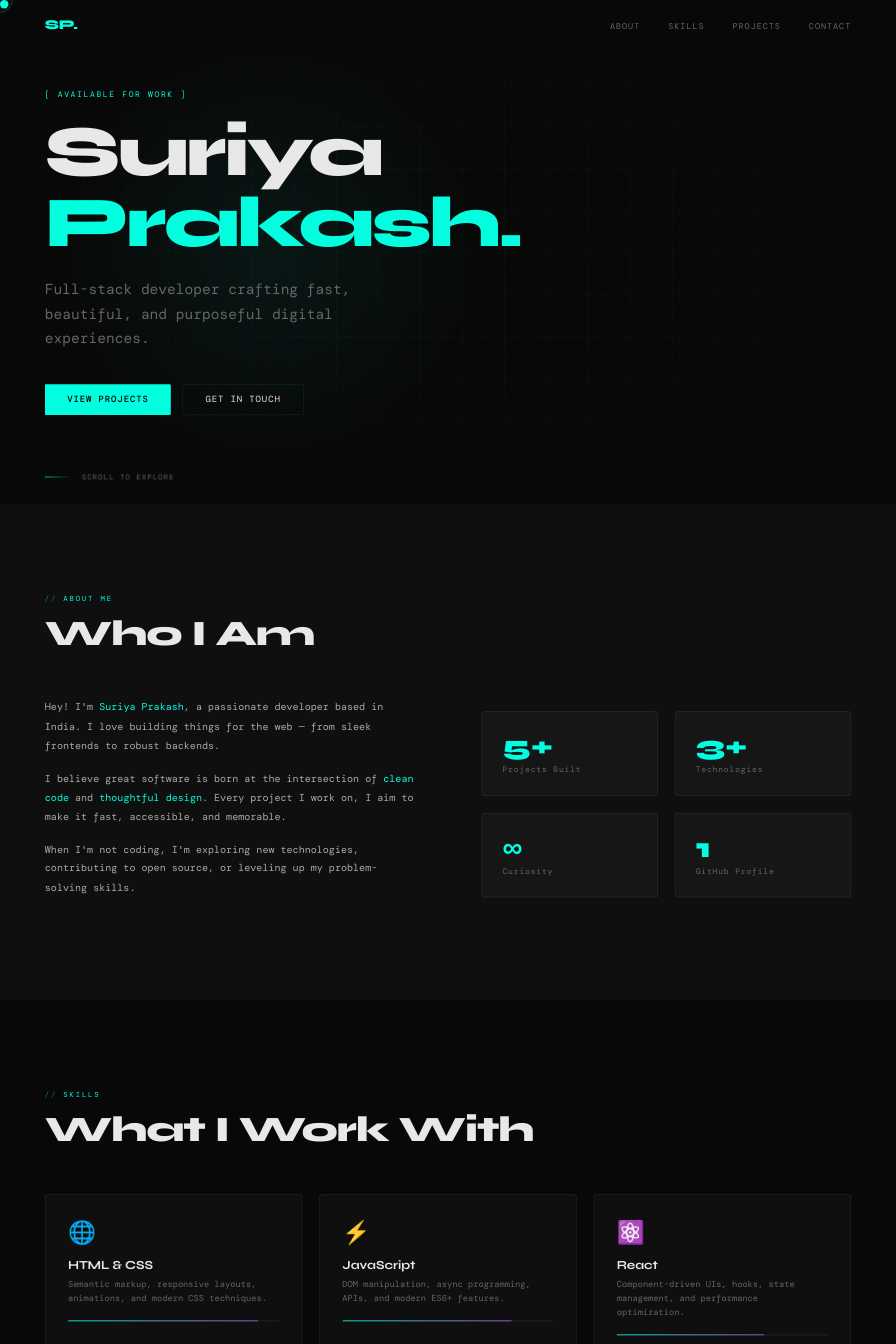
Repository: Suriyaprakash0901/PortoFolio
Page: index.html
An editor plug-in stored every save of this project. The page is shown before and after the next save, followed by the edit.
The browser window is 1280 px wide. The pictures show the part of the page from y = 0 to 1920 px (the page is 4016 px tall), at 70% of full size.
Some web fonts or font styles are not loaded; a fallback is used.

Above is the page before, as saved 2026-03-14 11:24:59.

After the next save:
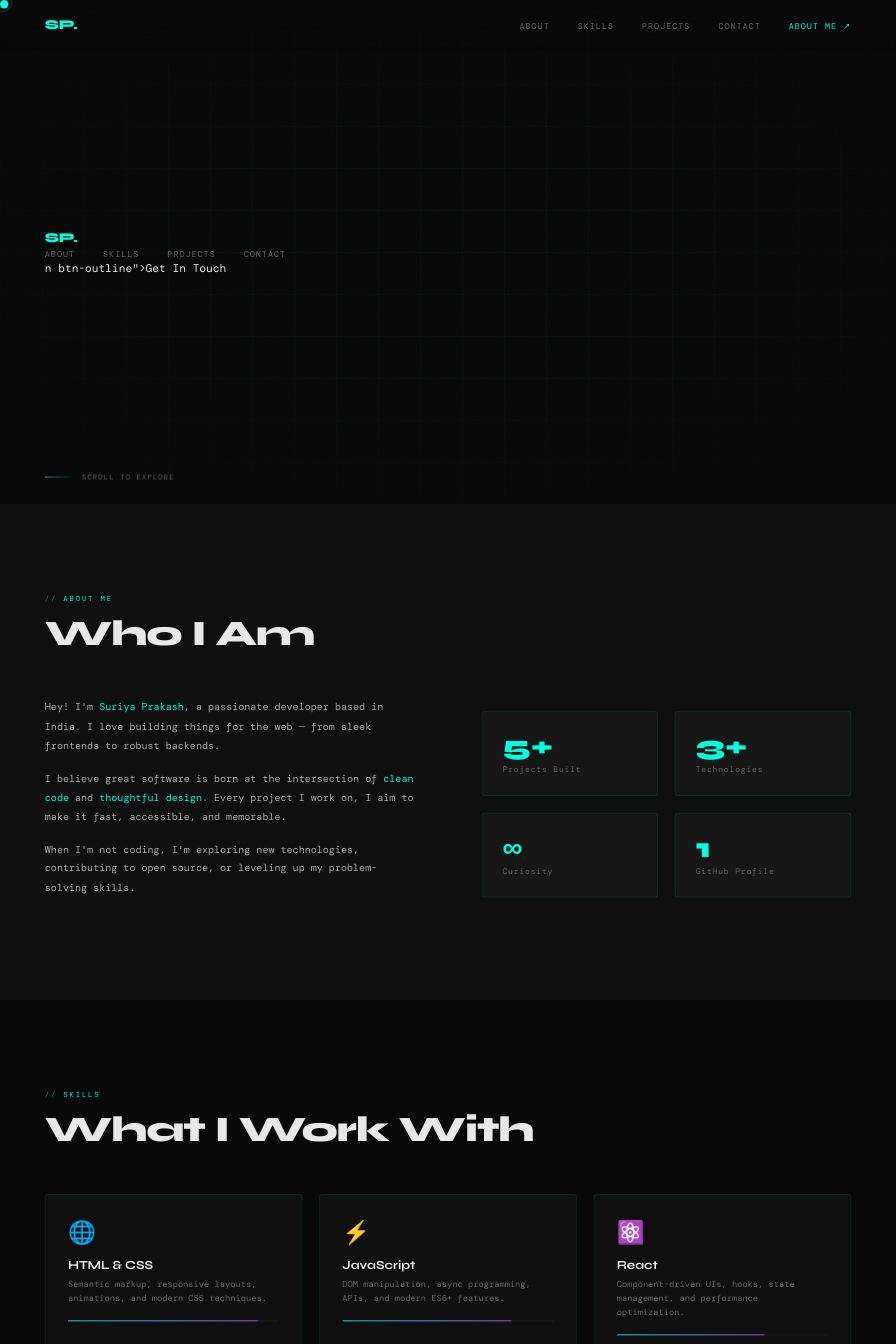
Saved 4 s later.
--- a/index.html
+++ b/index.html
@@ -462,7 +462,20 @@
   <div class="cursor-ring" id="cursorRing"></div>
 
   <!-- NAV -->
-  <nav>
+ <nav>
+  <a href="index.html" class="nav-logo" data-nav>SP.</a>
+  <ul class="nav-links">
+    <li><a href="index.html#about">About</a></li>
+    <li><a href="index.html#skills">Skills</a></li>
+    <li><a href="index.html#projects">Projects</a></li>
+    <li><a href="index.html#contact">Contact</a></li>
+    <li><a href="about.html" style="color: var(--neon);">About Me ↗</a></li>
+  </ul>
+</nav>
+
+  <!-- HERO -->
+  <section id="hero">
+    <div class="hero-grid"></div  <nav>
     <a href="#hero" class="nav-logo">SP.</a>
     <ul class="nav-links">
       <li><a href="#about">About</a></li>
@@ -471,17 +484,7 @@
       <li><a href="#contact">Contact</a></li>
     </ul>
   </nav>
-
-  <!-- HERO -->
-  <section id="hero">
-    <div class="hero-grid"></div>
-    <div class="hero-glow"></div>
-    <p class="hero-tag">Available for work</p>
-    <h1 class="hero-name">Suriya<br/><span class="accent">Prakash.</span></h1>
-    <p class="hero-role">Full-stack developer crafting fast, beautiful, and purposeful digital experiences.</p>
-    <div class="hero-cta">
-      <a href="#projects" class="btn btn-primary">View Projects</a>
-      <a href="#contact" class="btn btn-outline">Get In Touch</a>
+n btn-outline">Get In Touch</a>
     </div>
     <div class="scroll-hint">
       <span class="scroll-line"></span>
